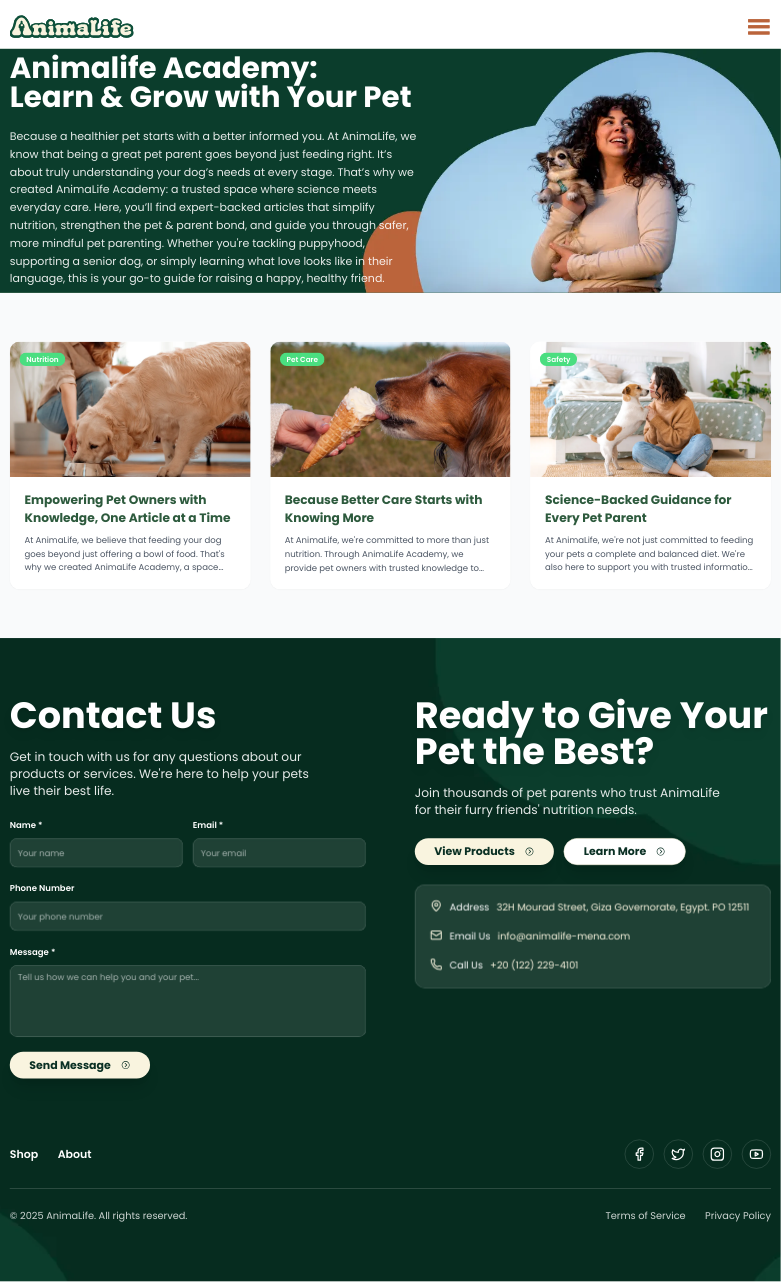
Repository: the-jupiteragency/animalife
Page: /academy
The author's editor kept a copy of each file at every save. The page is drawn from the files as they stood at one save, then again after the next save.
The browser window is 1280 px wide. The pictures show the whole page, at 61% of full size.
The project was rebuilt for these pictures with package versions that can differ from the ones it lists, and the page was loaded fresh each time. The framework's server and built-in components were replaced by stand-ins that run in the browser. Also part of the build but not shown: next.config.mjs.

Above is the page before, as saved 2025-08-05 09:32:17.

### app/layout.tsx
import type { Metadata, Viewport } from "next";
import "./globals.css";
import { Header } from "@/components/header";
import { Footer } from "@/components/footer";
import Script from "next/script";

export const metadata: Metadata = {
  metadataBase: new URL('https://animalife.vercel.app'),
  title: {
    default: "AnimaLife | Science-Driven Pet Nutrition & Wellness",
    template: "%s | AnimaLife"
  },
  description:
    "AnimaLife offers science-driven, complete, and balanced nutrition for pets. Discover products tailored to your pet's unique needs, expert advice, and a passionate community of animal lovers.",
  keywords: [
    "AnimaLife",
    "pet nutrition",
    "dog food",
    "cat food",
    "science-based pet care",
    "pet wellness",
    "healthy pets",
    "animal health",
    "pet products",
    "pet academy",
    "pet community",
    "premium pet food",
    "natural pet nutrition",
    "pet health supplements"
  ],
  authors: [{ name: "AnimaLife Team", url: "https://animalife.vercel.app" }],
  creator: "AnimaLife",
  publisher: "AnimaLife",
  formatDetection: {
    email: false,
    address: false,
    telephone: false,
  },
  category: 'Pet Care',
  classification: 'Pet Nutrition and Wellness',
  openGraph: {
    title: "AnimaLife | Science-Driven Pet Nutrition & Wellness",
    description:
      "AnimaLife offers science-driven, complete, and balanced nutrition for pets. Discover products tailored to your pet's unique needs, expert advice, and a passionate community of animal lovers.",
    url: "https://animalife.vercel.app",
    siteName: "AnimaLife",
    images: [
      {
        url: "/hero1.webp",
        width: 1200,
        height: 630,
        alt: "AnimaLife - Science-Driven Pet Nutrition",
      },
    ],
    locale: "en_US",
    type: "website",
  },
  twitter: {
    card: 'summary_large_image',
    title: 'AnimaLife | Science-Driven Pet Nutrition & Wellness',
    description: 'AnimaLife offers science-driven, complete, and balanced nutrition for pets. Discover products tailored to your pet\'s unique needs.',
    images: ['/hero1.webp'],
    creator: '@animalife',
    site: '@animalife'
  },
  robots: {
    index: true,
    follow: true,
    googleBot: {
      index: true,
      follow: true,
      'max-video-preview': -1,
      'max-image-preview': 'large',
      'max-snippet': -1,
    },
  },
  icons: {
    icon: [
      { url: '/favicon.ico' },
      { url: '/favicon.png', type: 'image/png' },
    ],
    shortcut: '/favicon.ico',
    apple: [
      { url: '/apple-touch-icon.png' },
      { url: '/apple-touch-icon-72x72.png', sizes: '72x72', type: 'image/png' },
      { url: '/apple-touch-icon-114x114.png', sizes: '114x114', type: 'image/png' },
    ],
  },
  manifest: '/site.webmanifest',
  alternates: {
    canonical: 'https://animalife.vercel.app',
  },
  verification: {
    google: 'your-google-verification-code',
    yandex: 'your-yandex-verification-code',
    yahoo: 'your-yahoo-verification-code',
  },
};

export const viewport: Viewport = {
  themeColor: "#1B4838",
};

const jsonLd = {
  '@context': 'https://schema.org',
  '@type': 'Organization',
  name: 'AnimaLife',
  url: 'https://animalife.vercel.app',
  logo: 'https://animalife.vercel.app/logo.svg',
  description: 'AnimaLife offers science-driven, complete, and balanced nutrition for pets.',
  contactPoint: {
    '@type': 'ContactPoint',
    contactType: 'Customer Service',
    availableLanguage: 'English'
  },
  sameAs: [
    'https://facebook.com/animalife',
    'https://twitter.com/animalife',
    'https://instagram.com/animalife'
  ],
  address: {
    '@type': 'PostalAddress',
    addressCountry: 'EG'
  }
};

export default function RootLayout({
  children,
}: Readonly<{
  children: React.ReactNode;
}>) {
  return (
    <html lang="en">
      <head>
        <link rel="preconnect" href="https://fonts.googleapis.com" />
        <link rel="preconnect" href="https://fonts.gstatic.com" crossOrigin="anonymous" />
        <link rel="dns-prefetch" href="https://fonts.googleapis.com" />
        <meta name="theme-color" content="#1B4838" />
        <meta name="msapplication-TileColor" content="#1B4838" />
        <meta name="apple-mobile-web-app-capable" content="yes" />
        <meta name="apple-mobile-web-app-status-bar-style" content="default" />
        <meta name="format-detection" content="telephone=no" />
        <Script
          id="json-ld"
          type="application/ld+json"
          dangerouslySetInnerHTML={{ __html: JSON.stringify(jsonLd) }}
        />
      </head>
      <body>
        <Header />
        {children}
        <Footer />
      </body>
    </html>
  );
}

### app/academy/page.tsx
"use client";

import { Card, CardContent } from "@/components/ui/card";
import { Badge } from "@/components/ui/badge";
import Image from "next/image";
import Link from "next/link";
import { Header } from "@/components/header";
import { AcademyPosts } from "@/app/data/academy-posts";

// Remove the hardcoded blogPosts array and use:
const blogPosts = AcademyPosts;

export default function AcademyPage() {
  return (
    <div className="min-h-screen bg-white">
      {/* Header */}
      <Header />
      {/* Add top padding to account for fixed header */}
      <div className="pt-20">
        {/* Hero Banner Section */}
        <section className="relative h-[400px] bg-[#2d5a3d] overflow-hidden">
          <div className="absolute inset-0">
            <Image
              src="/academy-banner.webp"
              alt="Academy Banner"
              fill
              className="object-cover w-full h-full"
              priority
            />
          </div>
          <div className="relative z-10 container mx-auto px-4 h-full flex items-center">
            <div className="max-w-2xl">
              <h1 className="text-4xl md:text-5xl font-bold text-white mb-6">
                Animalife Academy:
                <br />
                Learn & Grow with Your Pet
              </h1>
              <p className="text-lg text-white/90 leading-relaxed">
                Because a healthier pet starts with a better informed you. At
                AnimaLife, we know that being a great pet parent goes beyond
                just feeding right. It’s about truly understanding your dog’s
                needs at every stage. That’s why we created AnimaLife Academy: a
                trusted space where science meets everyday care. Here, you’ll
                find expert-backed articles that simplify nutrition, strengthen
                the pet & parent bond, and guide you through safer, more mindful
                pet parenting. Whether you're tackling puppyhood, supporting a
                senior dog, or simply learning what love looks like in their
                language, this is your go-to guide for raising a happy, healthy
                friend.
              </p>
            </div>
          </div>
        </section>

        {/* Blog Posts Grid */}
        <section className="py-12 md:py-20 bg-gray-50">
          <div className="container mx-auto px-4">
            <div className="grid grid-cols-1 md:grid-cols-2 lg:grid-cols-3 gap-6 md:gap-8">
              {blogPosts.map((post) => (
                <Link key={post.id} href={`/academy/${post.id}`}>
                  <Card className="cursor-pointer transform transition-all duration-300 hover:scale-105 hover:shadow-xl bg-white border-0 rounded-2xl overflow-hidden group">
                    <CardContent className="p-0">
                      <div className="aspect-video relative overflow-hidden">
                        <Image
                          src={post.image || "/placeholder.svg"}
                          alt={post.title}
                          fill
                          className="object-cover w-full h-full group-hover:scale-105 transition-all duration-500"
                          sizes="(max-width: 768px) 100vw, (max-width: 1200px) 50vw, 33vw"
                        />
                        <div className="absolute top-4 left-4">
                          <Badge className="bg-[#4ade80] text-white hover:bg-[#22c55e] group-hover:scale-110 transition-transform duration-300">
                            {post.category}
                          </Badge>
                        </div>
                      </div>

                      <div className="p-4 md:p-6">
                        <h3 className="text-lg md:text-xl font-bold text-[#2d5a3d] mb-3 line-clamp-2 group-hover:text-[#1e3a2a] transition-colors duration-300">
                          {post.title}
                        </h3>
                        <p className="text-gray-600 text-sm leading-relaxed line-clamp-3 group-hover:text-gray-700 transition-colors duration-300">
                          {post.excerpt}
                        </p>
                      </div>
                    </CardContent>
                  </Card>
                </Link>
              ))}
            </div>
          </div>
        </section>
      </div>{" "}
      {/* Close pt-20 div */}
    </div>
  );
}

### components/header.tsx
"use client";

import { useState, useEffect } from "react";
import { Menu, X } from "lucide-react";
import { GiHamburgerMenu } from "react-icons/gi";
import { IoMdCloseCircle } from "react-icons/io";
import { Button } from "@/components/ui/button";
import Link from "next/link";
import Image from "next/image";

export function Header() {
  const [isMenuOpen, setIsMenuOpen] = useState(false);
  const [scrolled, setScrolled] = useState(false);

  useEffect(() => {
    const handleScroll = () => {
      setScrolled(window.scrollY > 10);
    };
    window.addEventListener("scroll", handleScroll);
    return () => window.removeEventListener("scroll", handleScroll);
  }, []);

  return (
    <header
      className={`fixed top-0 left-0 right-0 z-50 transition-colors duration-300 ${
        scrolled ? "bg-[#0A3D2C]" : "bg-transparent"
      }`}
    >
      <div className="container mx-auto px-4 py-4 md:py-6 flex items-center justify-between font-mono font-normal text-base bg-transparent text-[rgba(249,244,223,1)] flex-row">
        <Link
          href="/"
          className="text-white text-xl md:text-2xl font-bold hover:text-green-200 transition-colors"
        >
          <Image
            src="/logo.svg"
            alt="AnimaLife"
            width={120}
            height={120}
            priority
            style={{ width: "auto", height: "auto" }}
          />
        </Link>

        <div
          className="transition-all duration-300 hover:scale-110"
          onClick={() => setIsMenuOpen(!isMenuOpen)}
        >
          {isMenuOpen ? (
            <IoMdCloseCircle
              className={`h-10 w-10 ${scrolled ? "text-white" : "text-[#1B4838]"}`}
            />
          ) : (
            <GiHamburgerMenu
              className={`h-10 w-10 ${scrolled ? "text-white" : "md:text-[#BA643B]"}`}
            />
          )}
        </div>
      </div>

      {/* Menu Overlay */}
      {isMenuOpen && (
        <div className="fixed inset-0 z-50 bg-[#2d5a3d]">
          <div className="absolute top-4 right-4">
            <div
              className="text-white transition-all duration-300 hover:scale-110"
              onClick={() => setIsMenuOpen(false)}
            >
              <IoMdCloseCircle className="h-12 w-12" />
            </div>
          </div>

          <div className="flex items-center justify-center min-h-screen">
            <nav className="text-center space-y-8 md:space-y-12">
              <Link
                href="/"
                className="block text-white text-xl md:text-2xl font-medium hover:text-green-200 transition-colors"
                onClick={() => setIsMenuOpen(false)}
              >
                Home
              </Link>
              <Link
                href="/products"
                className="block text-white text-xl md:text-2xl font-medium hover:text-green-200 transition-colors"
                onClick={() => setIsMenuOpen(false)}
              >
                Our Products
              </Link>
              <Link
                href="/about"
                className="block text-white text-xl md:text-2xl font-medium hover:text-green-200 transition-colors"
                onClick={() => setIsMenuOpen(false)}
              >
                Discover AnimaLife
              </Link>
              <Link
                href="/academy"
                className="block text-white text-xl md:text-2xl font-medium hover:text-green-200 transition-colors"
                onClick={() => setIsMenuOpen(false)}
              >
                AnimaLife Academy
              </Link>
            </nav>
          </div>
        </div>
      )}
    </header>
  );
}

### components/ui/card.tsx
import * as React from "react"

import { cn } from "@/lib/utils"

const Card = React.forwardRef<
  HTMLDivElement,
  React.HTMLAttributes<HTMLDivElement>
>(({ className, ...props }, ref) => (
  <div
    ref={ref}
    className={cn(
      "rounded-lg border bg-card text-card-foreground shadow-sm",
      className
    )}
    {...props}
  />
))
Card.displayName = "Card"

const CardHeader = React.forwardRef<
  HTMLDivElement,
  React.HTMLAttributes<HTMLDivElement>
>(({ className, ...props }, ref) => (
  <div
    ref={ref}
    className={cn("flex flex-col space-y-1.5 p-6", className)}
    {...props}
  />
))
CardHeader.displayName = "CardHeader"

const CardTitle = React.forwardRef<
  HTMLDivElement,
  React.HTMLAttributes<HTMLDivElement>
>(({ className, ...props }, ref) => (
  <div
    ref={ref}
    className={cn(
      "text-2xl font-semibold leading-none tracking-tight",
      className
    )}
    {...props}
  />
))
CardTitle.displayName = "CardTitle"

const CardDescription = React.forwardRef<
  HTMLDivElement,
  React.HTMLAttributes<HTMLDivElement>
>(({ className, ...props }, ref) => (
  <div
    ref={ref}
    className={cn("text-sm text-muted-foreground", className)}
    {...props}
  />
))
CardDescription.displayName = "CardDescription"

const CardContent = React.forwardRef<
  HTMLDivElement,
  React.HTMLAttributes<HTMLDivElement>
>(({ className, ...props }, ref) => (
  <div ref={ref} className={cn("p-6 pt-0", className)} {...props} />
))
CardContent.displayName = "CardContent"

const CardFooter = React.forwardRef<
  HTMLDivElement,
  React.HTMLAttributes<HTMLDivElement>
>(({ className, ...props }, ref) => (
  <div
    ref={ref}
    className={cn("flex items-center p-6 pt-0", className)}
    {...props}
  />
))
CardFooter.displayName = "CardFooter"

export { Card, CardHeader, CardFooter, CardTitle, CardDescription, CardContent }

### components/ui/badge.tsx
import * as React from "react"
import { cva, type VariantProps } from "class-variance-authority"

import { cn } from "@/lib/utils"

const badgeVariants = cva(
  "inline-flex items-center rounded-full border px-2.5 py-0.5 text-xs font-semibold transition-colors focus:outline-none focus:ring-2 focus:ring-ring focus:ring-offset-2",
  {
    variants: {
      variant: {
        default:
          "border-transparent bg-primary text-primary-foreground hover:bg-primary/80",
        secondary:
          "border-transparent bg-secondary text-secondary-foreground hover:bg-secondary/80",
        destructive:
          "border-transparent bg-destructive text-destructive-foreground hover:bg-destructive/80",
        outline: "text-foreground",
      },
    },
    defaultVariants: {
      variant: "default",
    },
  }
)

export interface BadgeProps
  extends React.HTMLAttributes<HTMLDivElement>,
    VariantProps<typeof badgeVariants> {}

function Badge({ className, variant, ...props }: BadgeProps) {
  return (
    <div className={cn(badgeVariants({ variant }), className)} {...props} />
  )
}

export { Badge, badgeVariants }

### components/ui/button.tsx
import * as React from "react";
import { Slot } from "@radix-ui/react-slot";
import { cva, type VariantProps } from "class-variance-authority";

import { cn } from "@/lib/utils";

const buttonVariants = cva(
  "inline-flex items-center justify-center gap-2 whitespace-nowrap rounded-md text-sm font-medium ring-offset-background transition-colors focus-visible:outline-none focus-visible:ring-2 focus-visible:ring-ring focus-visible:ring-offset-2 disabled:pointer-events-none disabled:opacity-50 [&_svg]:pointer-events-none [&_svg]:size-4 [&_svg]:shrink-0",
  {
    variants: {
      variant: {
        default: "bg-primary text-primary-foreground hover:bg-primary/90",
        destructive:
          "bg-destructive text-destructive-foreground hover:bg-destructive/90",
        outline:
          "border border-input bg-background hover:bg-accent hover:text-accent-foreground",
        secondary:
          "bg-secondary text-secondary-foreground hover:bg-secondary/80",
        ghost: "hover:bg-accent hover:text-accent-foreground",
        link: "text-primary underline-offset-4 hover:underline",
        icon: "bg-transparent",
        hover:
          "bg-[#F9F4DF] text-[#0A3024] hover:bg-[#A7552E] hover:text-white",
      },
      size: {
        default: "h-10 px-4 py-2",
        sm: "h-9 rounded-md px-3",
        lg: "h-11 rounded-md px-8",
        icon: "h-10 w-10",
      },
    },
    defaultVariants: {
      variant: "default",
      size: "default",
    },
  }
);

export interface ButtonProps
  extends React.ButtonHTMLAttributes<HTMLButtonElement>,
    VariantProps<typeof buttonVariants> {
  asChild?: boolean;
}

const Button = React.forwardRef<HTMLButtonElement, ButtonProps>(
  ({ className, variant, size, asChild = false, ...props }, ref) => {
    const Comp = asChild ? Slot : "button";
    return (
      <Comp
        className={cn(buttonVariants({ variant, size, className }))}
        ref={ref}
        {...props}
      />
    );
  }
);
Button.displayName = "Button";

export { Button, buttonVariants };

### components/ui/input.tsx
import * as React from "react"

import { cn } from "@/lib/utils"

const Input = React.forwardRef<HTMLInputElement, React.ComponentProps<"input">>(
  ({ className, type, ...props }, ref) => {
    return (
      <input
        type={type}
        className={cn(
          "flex h-10 w-full rounded-md border border-input bg-background px-3 py-2 text-base ring-offset-background file:border-0 file:bg-transparent file:text-sm file:font-medium file:text-foreground placeholder:text-muted-foreground focus-visible:outline-none focus-visible:ring-2 focus-visible:ring-ring focus-visible:ring-offset-2 disabled:cursor-not-allowed disabled:opacity-50 md:text-sm",
          className
        )}
        ref={ref}
        {...props}
      />
    )
  }
)
Input.displayName = "Input"

export { Input }

### tailwind.config.ts
import type { Config } from "tailwindcss";

const config: Config = {
  darkMode: ["class"],
  content: [
    "./pages/**/*.{js,ts,jsx,tsx,mdx}",
    "./components/**/*.{js,ts,jsx,tsx,mdx}",
    "./app/**/*.{js,ts,jsx,tsx,mdx}",
    "*.{js,ts,jsx,tsx,mdx}",
  ],
  theme: {
    extend: {
      colors: {
        background: "hsl(var(--background))",
        foreground: "hsl(var(--foreground))",
        card: {
          DEFAULT: "hsl(var(--card))",
          foreground: "hsl(var(--card-foreground))",
        },
        popover: {
          DEFAULT: "hsl(var(--popover))",
          foreground: "hsl(var(--popover-foreground))",
        },
        primary: {
          DEFAULT: "hsl(var(--primary))",
          foreground: "hsl(var(--primary-foreground))",
        },
        secondary: {
          DEFAULT: "hsl(var(--secondary))",
          foreground: "hsl(var(--secondary-foreground))",
        },
        muted: {
          DEFAULT: "hsl(var(--muted))",
          foreground: "hsl(var(--muted-foreground))",
        },
        accent: {
          DEFAULT: "hsl(var(--accent))",
          foreground: "hsl(var(--accent-foreground))",
        },
        destructive: {
          DEFAULT: "hsl(var(--destructive))",
          foreground: "hsl(var(--destructive-foreground))",
        },
        border: "hsl(var(--border))",
        input: "hsl(var(--input))",
        ring: "hsl(var(--ring))",
        chart: {
          "1": "hsl(var(--chart-1))",
          "2": "hsl(var(--chart-2))",
          "3": "hsl(var(--chart-3))",
          "4": "hsl(var(--chart-4))",
          "5": "hsl(var(--chart-5))",
        },
        sidebar: {
          DEFAULT: "hsl(var(--sidebar-background))",
          foreground: "hsl(var(--sidebar-foreground))",
          primary: "hsl(var(--sidebar-primary))",
          "primary-foreground": "hsl(var(--sidebar-primary-foreground))",
          accent: "hsl(var(--sidebar-accent))",
          "accent-foreground": "hsl(var(--sidebar-accent-foreground))",
          border: "hsl(var(--sidebar-border))",
          ring: "hsl(var(--sidebar-ring))",
        },
      },
      borderRadius: {
        lg: "var(--radius)",
        md: "calc(var(--radius) - 2px)",
        sm: "calc(var(--radius) - 4px)",
      },
      fontFamily: {
        sans: [
          'Poppins',
          '-apple-system',
          'BlinkMacSystemFont',
          'Segoe UI',
          'Roboto',
          'Oxygen',
          'Ubuntu',
          'Cantarell',
          'Fira Sans',
          'Droid Sans',
          'Helvetica Neue',
          'sans-serif'
        ],
        headline: [
          'Co Headline',
          'Poppins',
          '-apple-system',
          'BlinkMacSystemFont',
          'Segoe UI',
          'sans-serif'
        ],
      },
      keyframes: {
        "accordion-down": {
          from: {
            height: "0",
          },
          to: {
            height: "var(--radix-accordion-content-height)",
          },
        },
        "accordion-up": {
          from: {
            height: "var(--radix-accordion-content-height)",
          },
          to: {
            height: "0",
          },
        },
      },
      animation: {
        "accordion-down": "accordion-down 0.2s ease-out",
        "accordion-up": "accordion-up 0.2s ease-out",
      },
    },
  },
  plugins: [require("tailwindcss-animate")],
};
export default config;

Loaded but not shown: components/ui/textarea.tsx (common file); lib/utils.ts (common file); components/footer.tsx (439 lines, source omitted); app/data/academy-posts.ts (242 lines, source omitted); app/globals.css (185 lines, source omitted)

After the next save:
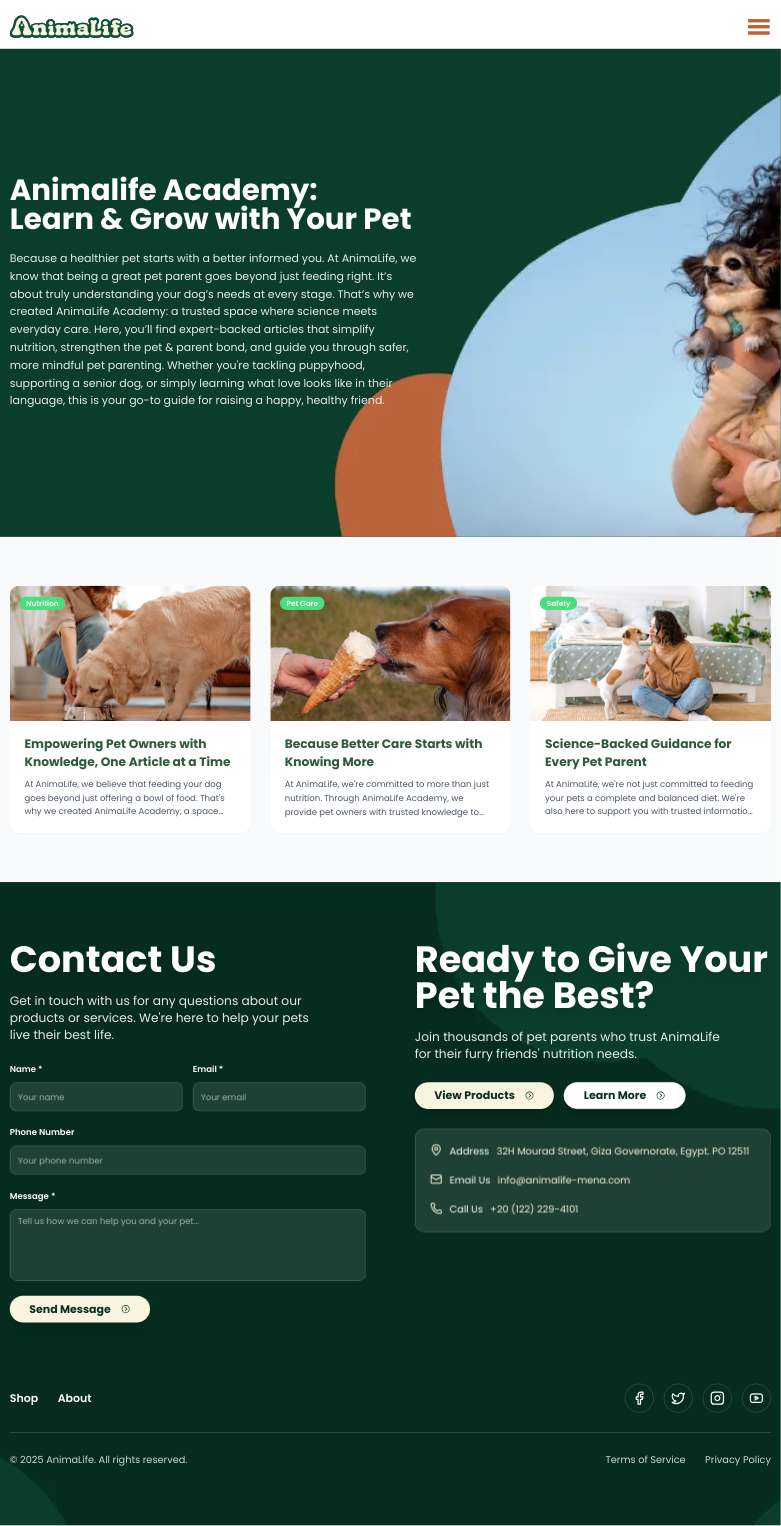
Saved 27 s later.
--- a/app/academy/page.tsx
+++ b/app/academy/page.tsx
@@ -18,7 +18,7 @@
       {/* Add top padding to account for fixed header */}
       <div className="pt-20">
         {/* Hero Banner Section */}
-        <section className="relative h-[400px] bg-[#2d5a3d] overflow-hidden">
+        <section className="relative h-[800px] bg-[#2d5a3d] overflow-hidden">
           <div className="absolute inset-0">
             <Image
               src="/academy-banner.webp"
